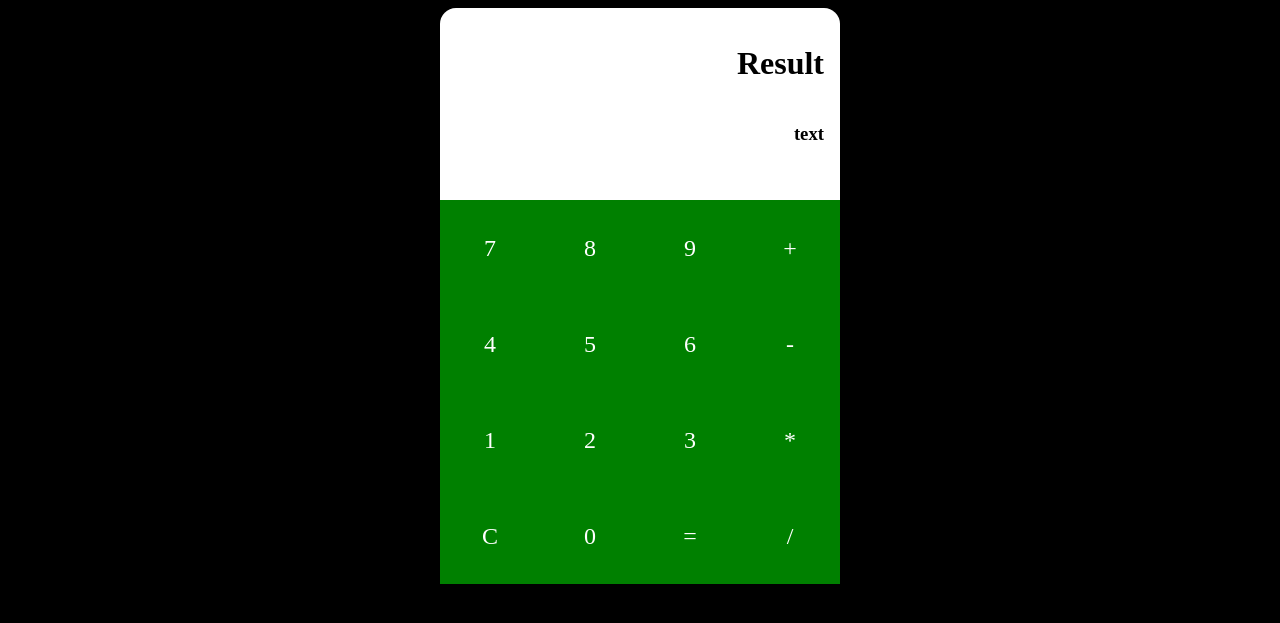
Repository: rajratangm/xcalculator
Page: /
The author's editor kept a copy of each file at every save. The page is drawn from the files as they stood at one save, then again after the next save.
The browser window is 1280 px wide. The pictures show the whole page.
The project was rebuilt for these pictures with package versions that can differ from the ones it lists, and the page was loaded fresh each time. Also part of the build but not shown: vite.config.js.

Above is the page before, as saved 2024-04-02 19:15:45.

After the next save:
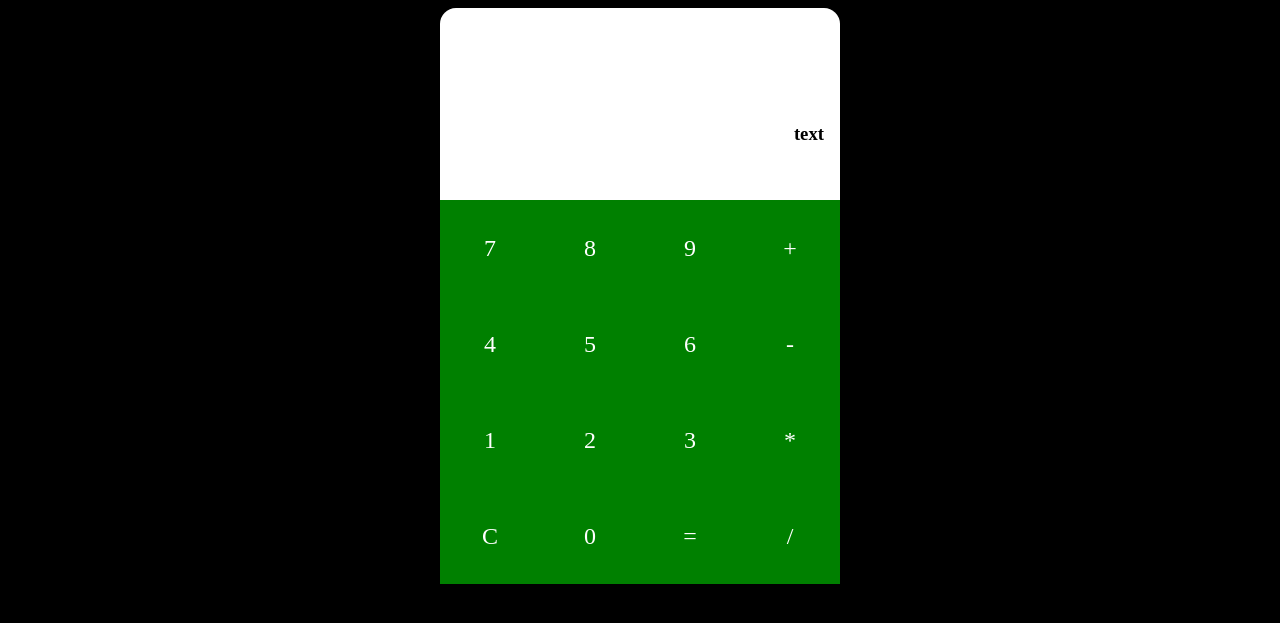
Saved 14 s later.
--- a/src/Component/Input/Input.jsx
+++ b/src/Component/Input/Input.jsx
@@ -5,7 +5,7 @@ const Input=({text, result})=>{
 
     return <div className='input-wrapper'>
         <div className='result'>
-            <h1>Result</h1>
+            <h1>{result}</h1>
         </div>
         <div className='text'>
             <h3> text</h3>
